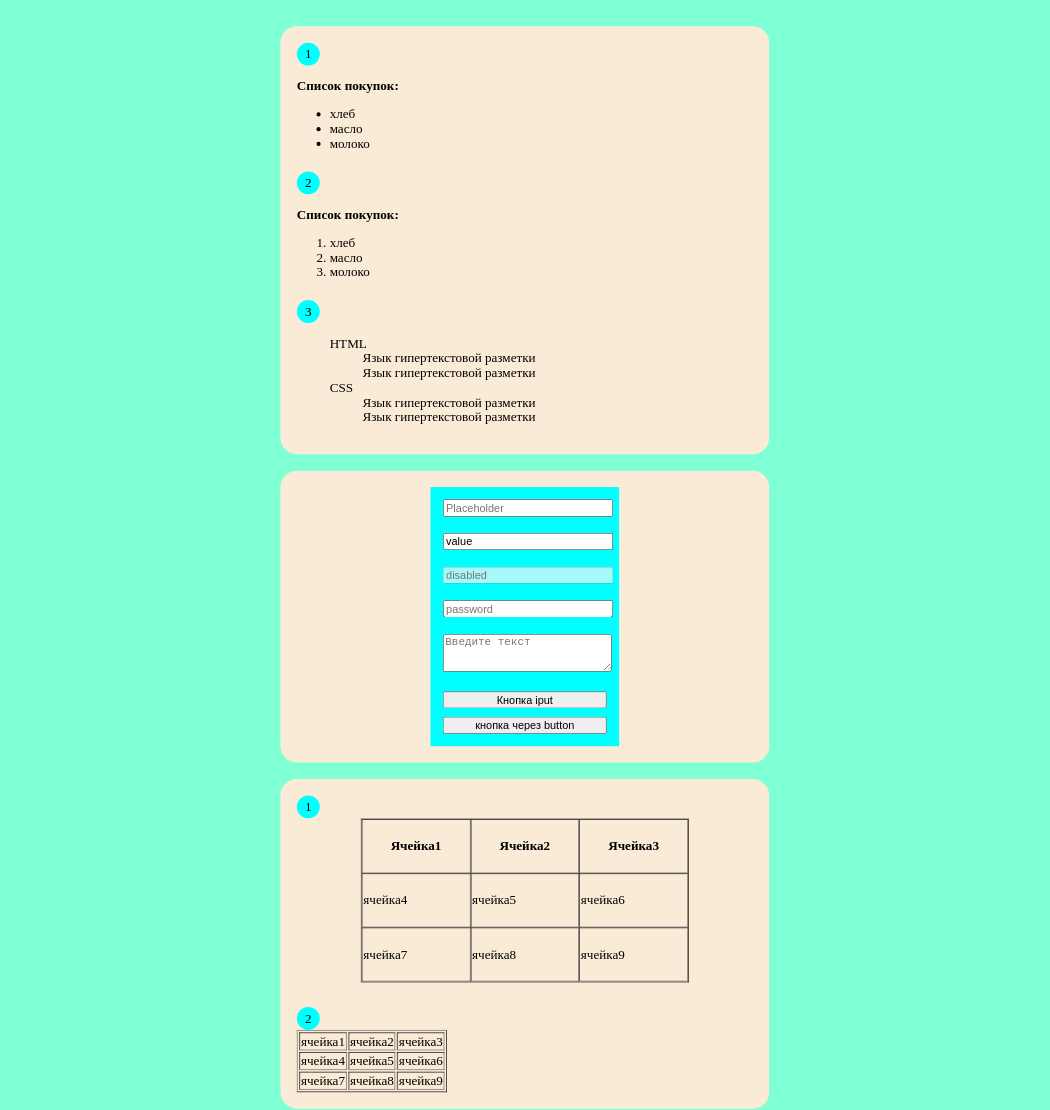
Repository: Savich01/-
Page: html/index.html
An editor plug-in stored every save of this project. The page is shown before and after the next save, followed by the edit.
The browser window is 1280 px wide. The pictures show the whole page, at 82% of full size.

Above is the page before, as saved 2024-05-31 16:47:49.

After the next save:
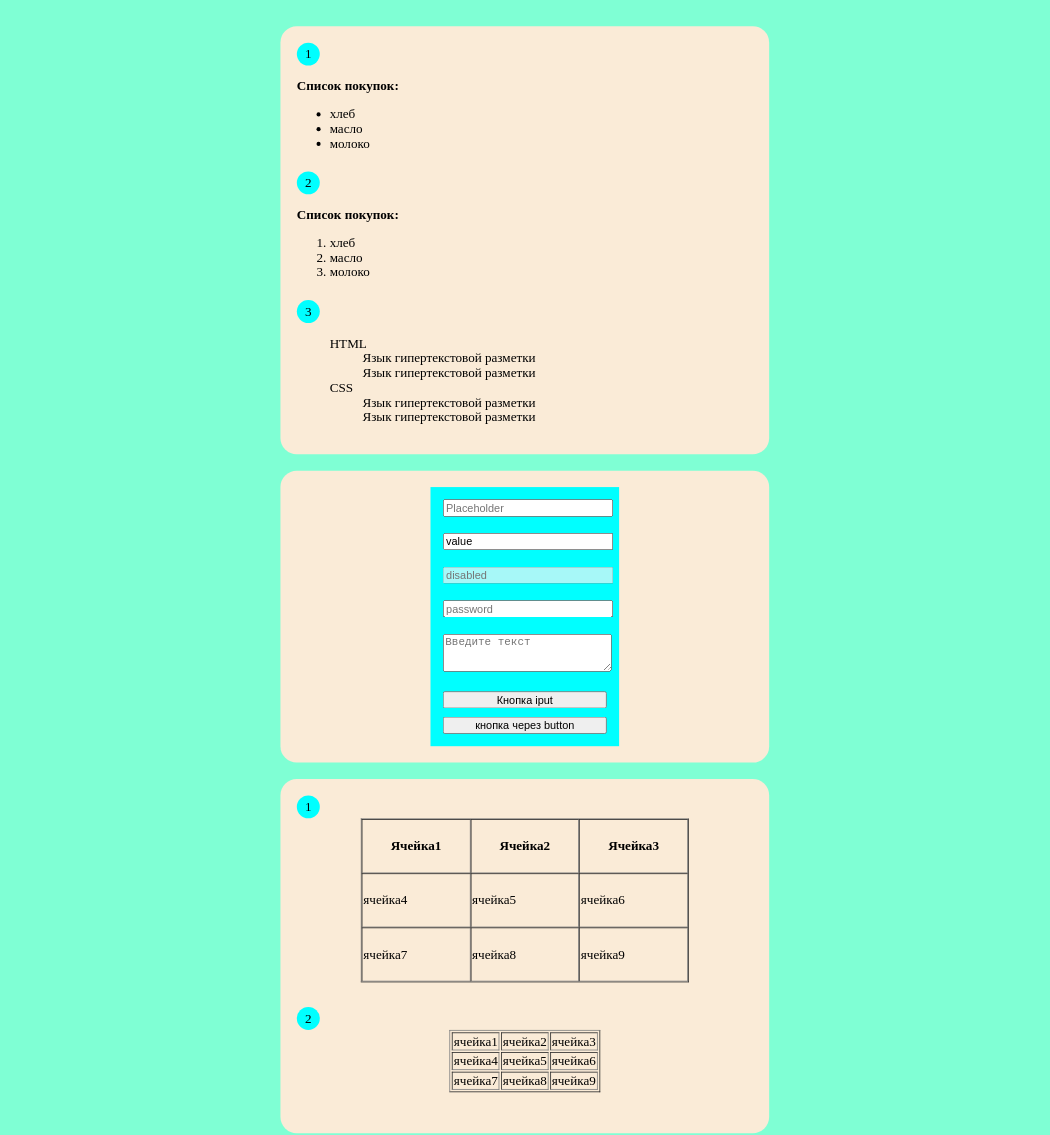
Saved 20 s later.
--- a/css/style.css
+++ b/css/style.css
@@ -87,3 +87,7 @@ body{
     margin: 0 auto;
     margin-bottom: 30px;
 }
+.table2{
+    margin: 0 auto;
+    margin-bottom: 30px;
+}
